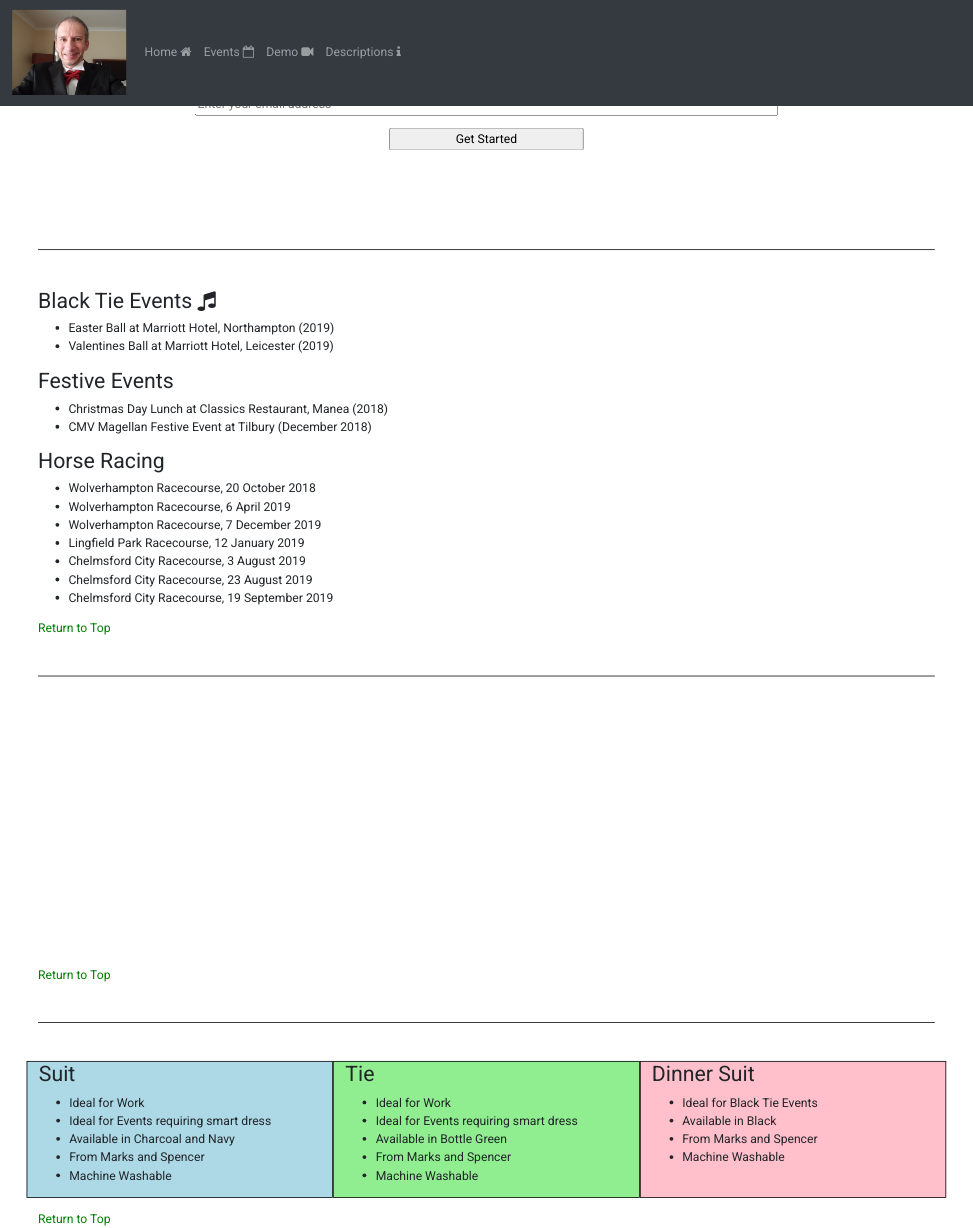
Repository: derektypist/product-landing-page
Page: index.html
The author's editor kept a record of every edit. The page is drawn from the files as they stood at one moment, then again after the next edit.
The browser window is 1280 px wide. The pictures show the whole page, at 76% of full size.
Pictures or frames that could not be fetched are drawn as grey boxes.

Above is the page before.

After the next edit:
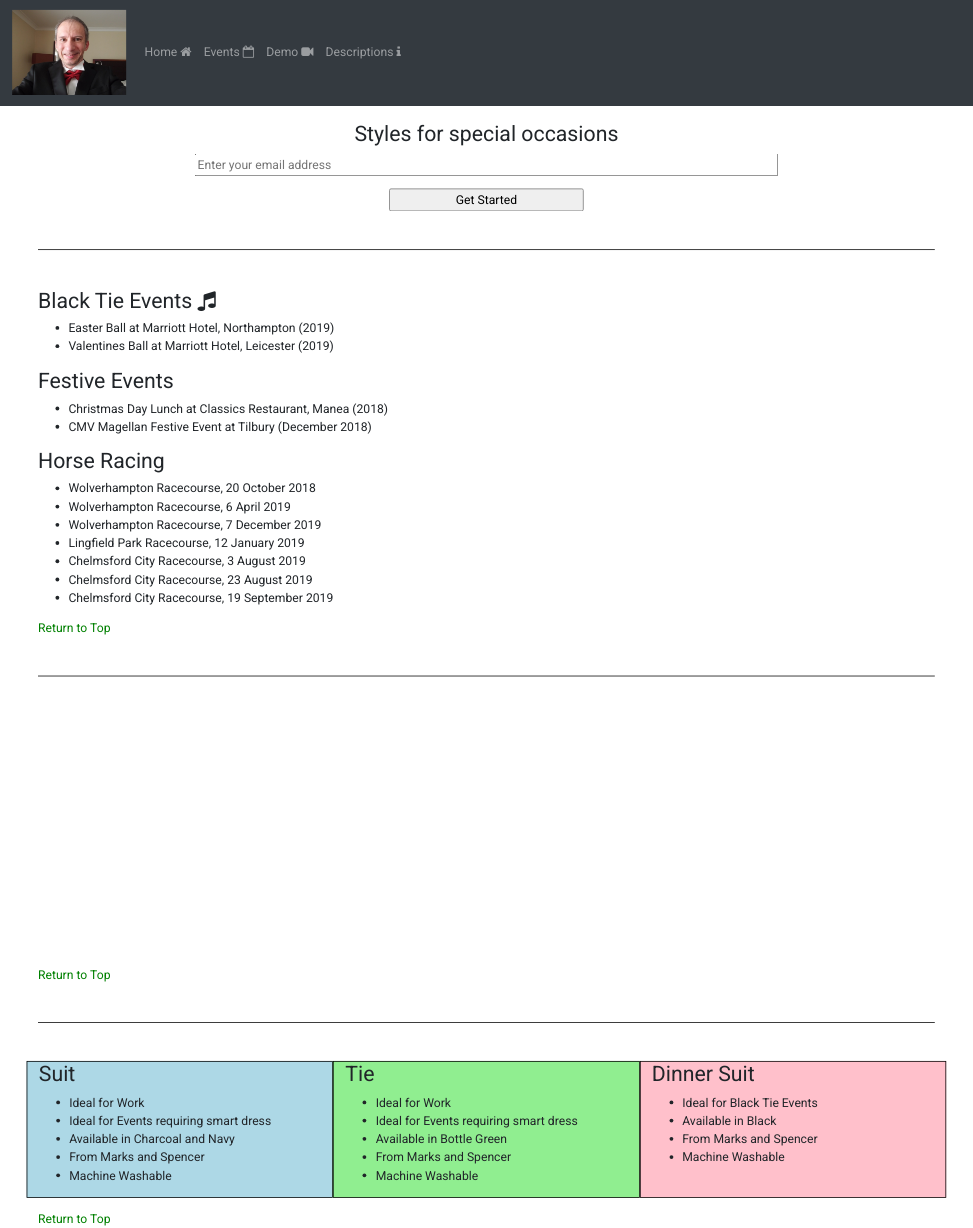
The edit:
--- a/index.html
+++ b/index.html
@@ -49,8 +49,6 @@
             width: 100%;
             display: block;
             margin: auto;
-            position: relative;
-            bottom: 80px;
         }
 
         input {
